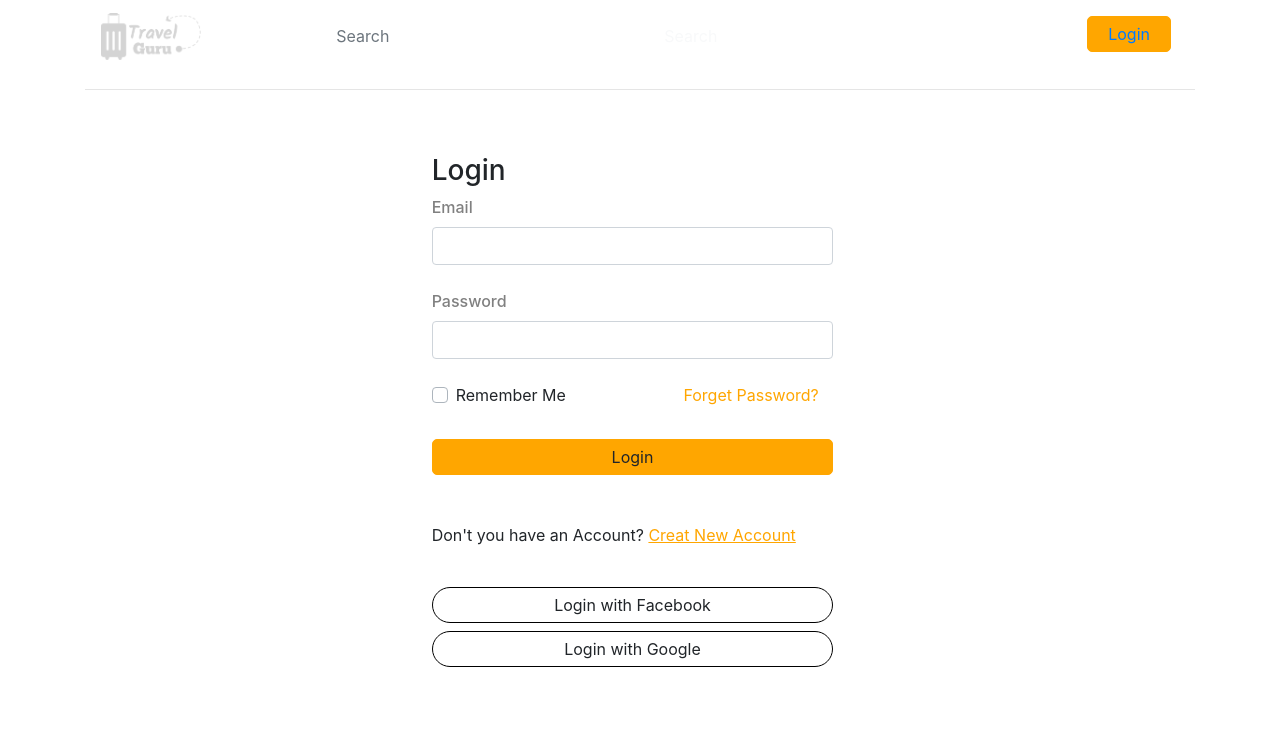
Repository: YunProgrammer/travel-website-project-tho
Page: /login (app in client/)
These files come from the project's save history. The page is drawn as it stood at one moment and after the next save; the edit follows.
The browser window is 1280 px wide. The pictures show the whole page.
The project was rebuilt for these pictures with package versions that can differ from the ones it lists, and the page was loaded fresh each time. A package was used in the major version that the imports need, not the one package.json lists. Also part of the build but not shown: client/src/App.css, client/src/Components/HomePage/data.js, client/src/Components/HomePage/HomePage.js, client/src/Components/BookingPage/BookingPage.js, client/src/Components/PrivateRoute/PrivateRoute.js, client/src/Components/SearchPage/searchData.js, client/src/Components/SearchPage/SearchShower.js, client/src/Components/SearchPage/SearchPage.js.

Above is the page before, as saved 2020-09-19 19:44:16.

After the next save:
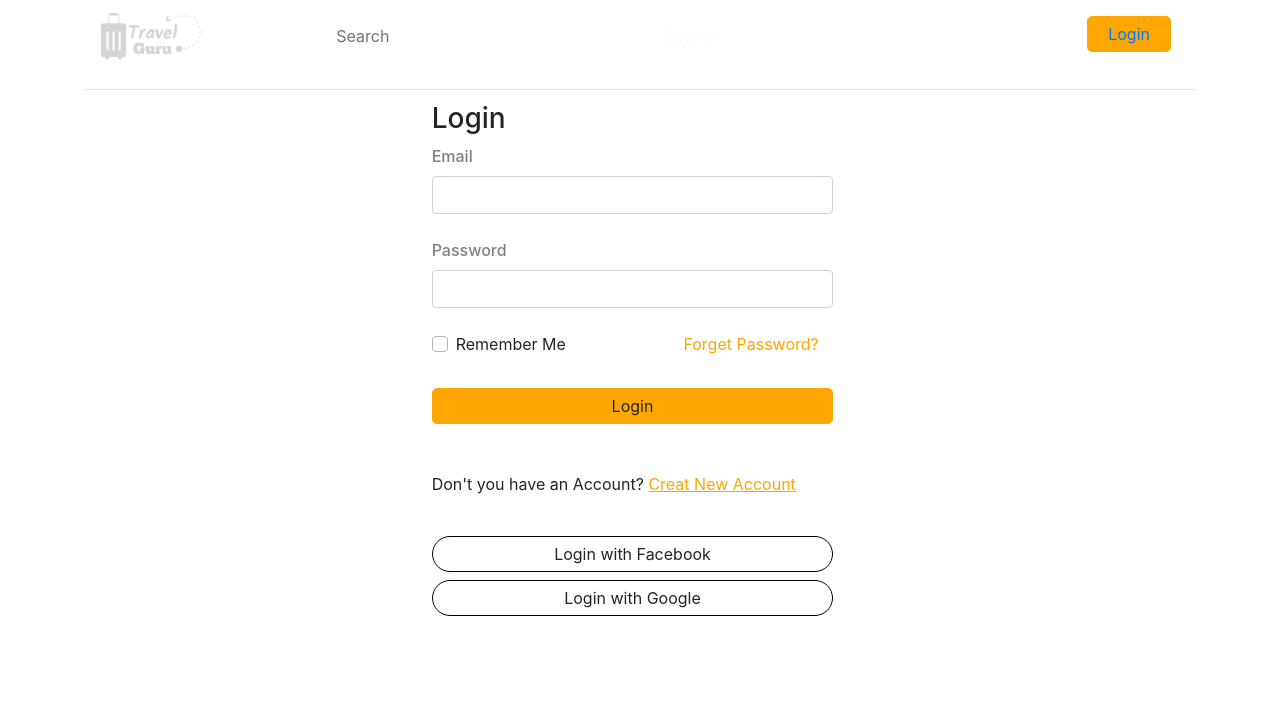
Saved 16 s later.
--- a/client/src/Components/LogInPage/LogInPage.js
+++ b/client/src/Components/LogInPage/LogInPage.js
@@ -11,7 +11,7 @@ import { userStatusContext } from '../../App';
 //styling portion is here
 const LogInPageStyle = {
     LogInPageStyle:{
-        paddingTop: '12%',
+        paddingTop: '8%',
         paddingBottom: '5.9%',
     },
     inputText:{
